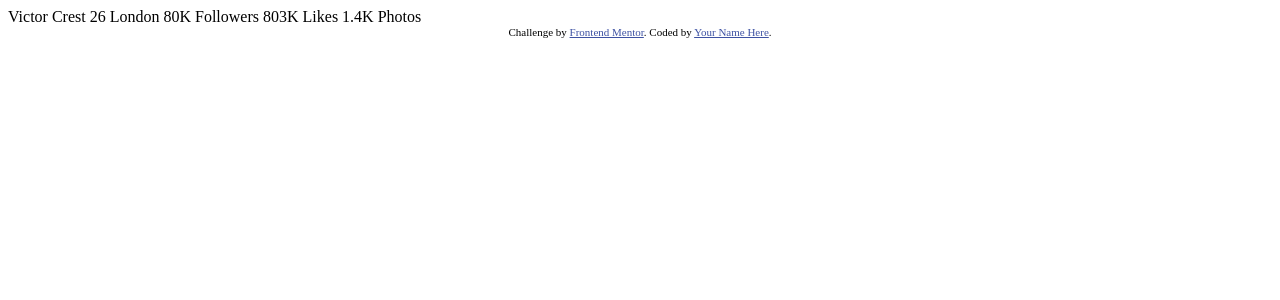
Repository: shayanabedi98/profile-card-component
Page: index.html
These files come from the project's save history. The page is drawn as it stood at one moment and after the next save; the edit follows.
The browser window is 1280 px wide. The pictures show the whole page.

Above is the page before, as saved 2023-09-27 10:23:30.

After the next save:
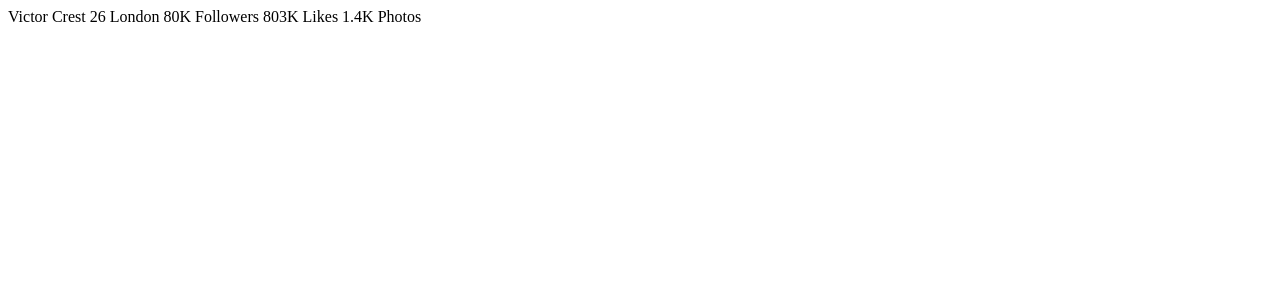
Saved 55 s later.
--- a/index.html
+++ b/index.html
@@ -2,17 +2,11 @@
 <html lang="en">
 <head>
   <meta charset="UTF-8">
-  <meta name="viewport" content="width=device-width, initial-scale=1.0"> <!-- displays site properly based on user's device -->
-
+  <meta name="viewport" content="width=device-width, initial-scale=1.0">
   <link rel="icon" type="image/png" sizes="32x32" href="./images/favicon-32x32.png">
-
+  <link rel="stylesheet" href="./styles.css">
   <title>Frontend Mentor | Profile card component</title>
 
-  <!-- Feel free to remove these styles or customise in your own stylesheet 👍 -->
-  <style>
-    .attribution { font-size: 11px; text-align: center; }
-    .attribution a { color: hsl(228, 45%, 44%); }
-  </style>
 </head>
 <body>
   Victor Crest
@@ -28,8 +22,6 @@
   1.4K
   Photos
   <div class="attribution">
-    Challenge by <a href="https://www.frontendmentor.io?ref=challenge" target="_blank">Frontend Mentor</a>.
-    Coded by <a href="#">Your Name Here</a>.
   </div>
 </body>
 </html>
